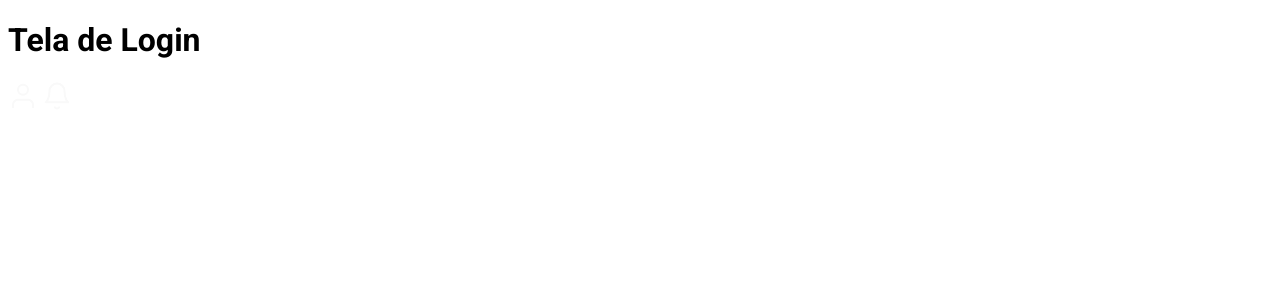
Repository: Leonngc/streaming-project
Page: index.html
These files come from the project's save history. The page is drawn as it stood at one moment and after the next save; the edit follows.
The browser window is 1280 px wide. The pictures show the whole page.
The style sheet was rebuilt from its Sass, Less or Tailwind sources for each picture, by a compiler version that may differ from the author's.

Above is the page before, as saved 2023-09-01 19:42:23.

### index.html
<!DOCTYPE html>
<html lang="pt">
<head>
    <meta charset="UTF-8">
    <meta name="viewport" content="width=device-width, initial-scale=1.0">
    <title>Tela de Login</title>
    <link rel="stylesheet" href="styles/style.css">
</head>
<body>
    <h1>Tela de Login</h1>
    <img src="streaming-assets/user.svg" alt="">
    <img src="streaming-assets/bell.svg" alt="">
</body>
</html>

### styles/style.scss
@use "_core.scss";
body {
  font-family: core.$roboto;
}

### styles/_core.scss
//CDN Google Fonts
@import url('https://fonts.googleapis.com/css2?family=Roboto:ital,wght@0,100;0,300;0,400;0,500;0,700;0,900;1,100;1,300;1,400;1,500;1,700;1,900&display=swap');
// CORES

$yellow-amber: #ffc107;
$eerie-black: #212121;
$white: #fff;
$pigment-green: #4CAF50;
$giants-orange: #FF5722;

// Fonts
$roboto: Roboto, 'sans-serif'

After the next save:
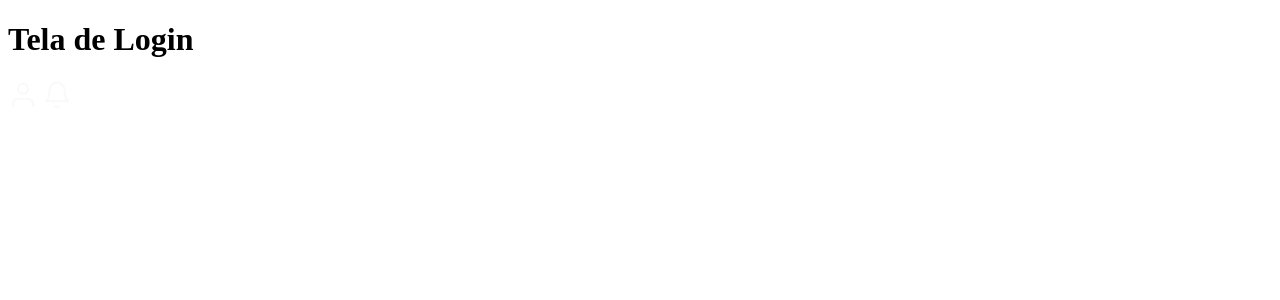
Saved 15 s later.
--- a/styles/style.scss
+++ b/styles/style.scss
@@ -1,4 +1 @@
 @use "_core.scss";
-body {
-  font-family: core.$roboto;
-}
